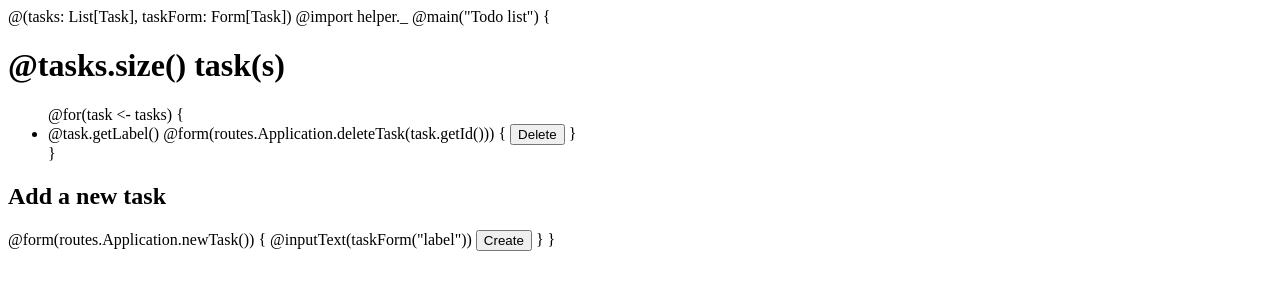
Repository: lcavalcante/si1
Page: lab2/.target/views/index.scala.html
The author's editor kept a copy of each file at every save. The page is drawn from the files as they stood at one save, then again after the next save.
The browser window is 1280 px wide. The pictures show the whole page.

Above is the page before, as saved 2013-11-26 23:36:26.

### lab2/.target/views/index.scala.html
@(tasks: List[Task], taskForm: Form[Task])

@import helper._

@main("Todo list") {

    <h1>@tasks.size() task(s)</h1>

    <ul>
        @for(task <- tasks) {
            <li>
                @task.getLabel()

                @form(routes.Application.deleteTask(task.getId())) {
                    <input type="submit" value="Delete">
                }
            </li>
        }
    </ul>

    <h2>Add a new task</h2>

    @form(routes.Application.newTask()) {

        @inputText(taskForm("label"))

        <input type="submit" value="Create">

    }

}

After the next save:
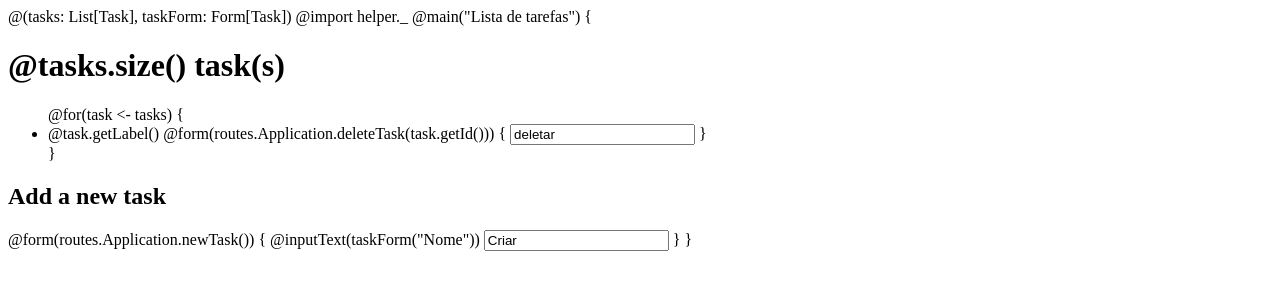
Saved 7 min 59 s later.
--- a/lab2/.target/views/index.scala.html
+++ b/lab2/.target/views/index.scala.html
@@ -2,7 +2,7 @@
 
 @import helper._
 
-@main("Todo list") {
+@main("Lista de tarefas") {
 
     <h1>@tasks.size() task(s)</h1>
 
@@ -12,7 +12,7 @@
                 @task.getLabel()
 
                 @form(routes.Application.deleteTask(task.getId())) {
-                    <input type="submit" value="Delete">
+                    <input type="enviar" value="deletar">
                 }
             </li>
         }
@@ -22,9 +22,9 @@
 
     @form(routes.Application.newTask()) {
 
-        @inputText(taskForm("label"))
+        @inputText(taskForm("Nome"))
 
-        <input type="submit" value="Create">
+        <input type="enviar" value="Criar">
 
     }
 
